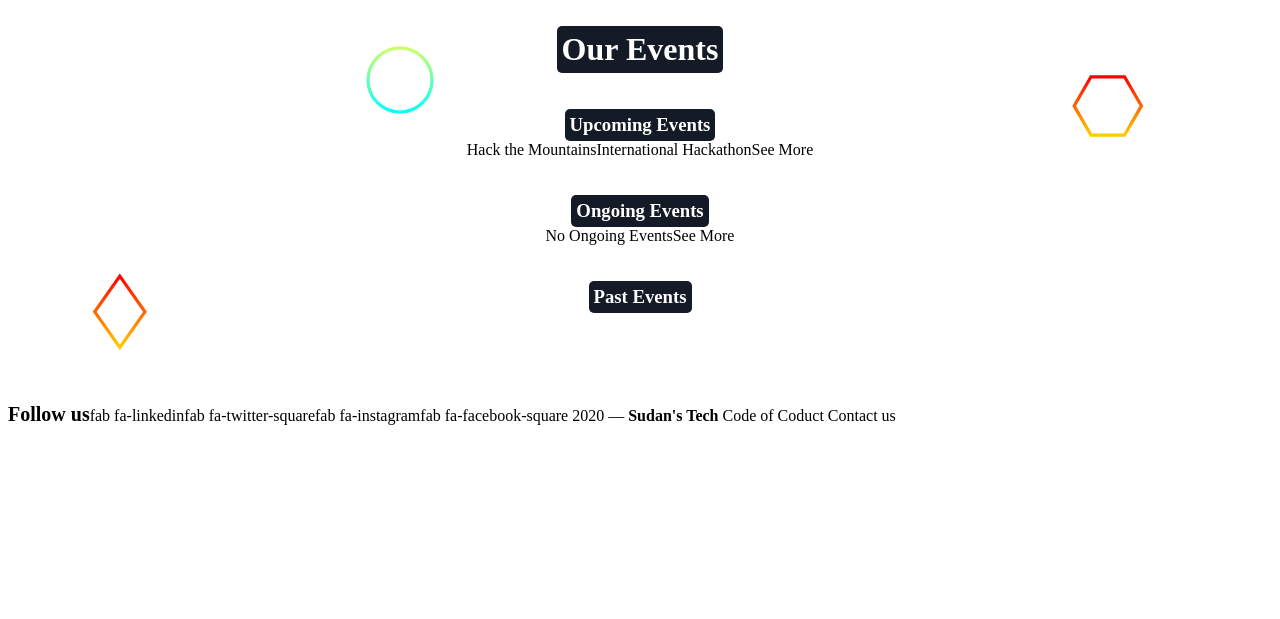
Repository: Sudan-s-Tech/Sudans-Tech
Page: /events
These files come from the project's save history. The page is drawn as it stood at one moment and after the next save; the edit follows.
The browser window is 1280 px wide. The pictures show the whole page.
The project was rebuilt for these pictures with package versions that can differ from the ones it lists, and the page was loaded fresh each time. The framework's server and built-in components were replaced by stand-ins that run in the browser. Also part of the build but not shown: layouts/error.vue.

Above is the page before, as saved 2020-07-31 23:13:51.

### layouts/default.vue
<template>
  <v-app id="app">
    <appnavbar :items="items"></appnavbar>
    <nuxt/>
    <appfooter></appfooter>
  </v-app>
</template>

<script>
import navbar from "~/components/navbar"
import footer from "~/components/footer"

export default {
  data () {
    return {
      clipped: false,
      drawer: false,
      fixed: false,
      items: [
        {
          title: 'Home',
          to: '/'
        },
        {
          title: 'Events',
          to: '/events'
        },
        {
          title: 'Training',
          to: '/training'
        },
      ],
      miniVariant: false,
      right: true,
      rightDrawer: false,
      title: 'Vuetify.js'
    }
  },
  components:{
    appnavbar: navbar,
    appfooter: footer
  }

}
</script>


<style>

</style>

### store/events.js
export const state = () => ({
    events: [  {
                        heading: 'Hack the Mountains',
                        description: 'International Hackathon',
                        link: 'https://www.hackthemountain.tech/',
                        startdate: '10-10-2020',
                        enddate: '11-10-2020'
               },
            ],
  })

### store/team.js
export const state = () =>({
    members : [{
                name: 'member',
                description: 'LOrem Ipsum Doler sit ok chahdasdasdfafjngndfkjfm sjdnfsjdfsjcn',
                twitter: 'https://twitter.com',
                linkedin: 'https://linkedin.com',
                image: 'js.png'
               }
]
})

### store/training.js
export const state = () => ({
    card: [
        {
            title: 'OpenCv',
            readMoreActivated: false,
            body: 'OpenCV is a cross-platform library using which we can develop real-time computer vision applications. It mainly focuses on image processing, video capture and analysis including features like face detection and object detection.',
            description: 'Lorem ipsum dolor sit amet, consectetur adipisicing elit, sed do eiusmod\n' +
              'tempor incididunt ut labore et dolore magna aliqua. Ut enim ad minim veniam,\n' +
              'quis nostrud exercitation ullamco laboris nisi ut aliquip ex ea commodo\n' +
              'consequat. Duis aute irure dolor in reprehenderit in voluptate velit esse\n' +
              'cillum dolore eu fugiat nulla pariatur. Excepteur sint occaecat cupidatat non\n' +
              'proident, sunt in culpa qui officia deserunt mollit anim id est laborum.',
            image: 'opencv.png',
            duration: 8.2,
          level: 'Beginner',
          lessons: 37,
          register: 'https://www.python.org/',
          teacher: [
            { title: 'Jason Oner', avatar: 'https://cdn.vuetifyjs.com/images/lists/1.jpg' },
            { title: 'Travis Howard', avatar: 'https://cdn.vuetifyjs.com/images/lists/2.jpg' },
            { title: 'Ali Connors', avatar: 'https://cdn.vuetifyjs.com/images/lists/3.jpg' },
            { title: 'Cindy Baker', avatar: 'https://cdn.vuetifyjs.com/images/lists/4.jpg' },
          ],
          items: [
            {
              title: 'Introduciton & Environment Setup',
              items: [
                { title: 'Introduction' },
                { title: 'Setup' },
              ],
            },
            {
              title: 'Python and its important libraries',
              active: true,
              items: [
                { title: 'Numpy' },
                { title: 'Pandas' },
                { title: 'Matplotlib' },
                { title: 'Scikit-Learn' },
                { title: 'few other libraries' },
              ],
            },
            {
              title: 'GUI Features in OpenCV',
              items: [
                { title: 'Image Basics' },
                { title: 'Pixel Coordinate System' },
                { title: 'Getting started with Images' },
                { title: 'Getting started with Videos' },
                { title: 'Drawing Functions in OpenCV' },
                { title: 'Mouse as a Paint Brush' },
              ],
            },
            {
              title: 'Operations on Images',
              items: [
                { title: 'Basic Operations' },
                { title: 'Arithmetic Opearations' },
                { title: 'Bitwise Operations' },
              ],
            },
            {
              title: 'Image Processing in OpenCV',
              items: [
                { title: 'Image Transformations' },
                { title: 'Translation' },
                { title: 'Rotation' },
                { title: 'Resizing' },
                { title: 'Flipping' },
                { title: 'Cropping' },
                { title: 'Color Spaces BGR, RGB, HSV' },
              ],
            },
            {
              title: 'Histograms',
              items: [
                { title: 'Introduction' },
              ],
            },
            {
              title: 'Feature Detection',
              items: [
                { title: 'Image Thresholding' },
                { title: 'Smoothening' },
                { title: 'Blurring' },
                { title: 'Edge Detection' },
                { title: 'Harris Corner detection' },
                { title: 'BRIEF' },
                { title: 'ORB' }
              ],
            },
            {
              title: 'Video Analysis',
              items: [
                { title: 'Introduction' },
              ],
            },
            {
              title: 'Object Detection',
              items: [
                { title: 'Haarcascades' },
                { title: 'Smile Detection' },
                { title: 'Face Detection' },
                { title: 'Eye Detection' },
                { title: 'Vehicle Detection' },
              ],
            },
          ],
        },
        {
          title: 'Machine Learning',
          readMoreActivated: false,
          body: 'Machine learning is taking over the world - it is benefiting companies across industries. It is helping organisations create systems that can understand, learn, predict, adapt and operate on their own. Thus, understanding how machine learning works is one of the most valuable and useful things you can do.',
          description: 'Lorem ipsum dolor sit amet, consectetur adipisicing elit, sed do eiusmod\n' +
            'tempor incididunt ut labore et dolore magna aliqua. Ut enim ad minim veniam,\n' +
            'quis nostrud exercitation ullamco laboris nisi ut aliquip ex ea commodo\n' +
            'consequat. Duis aute irure dolor in reprehenderit in voluptate velit esse\n' +
            'cillum dolore eu fugiat nulla pariatur. Excepteur sint occaecat cupidatat non\n' +
            'proident, sunt in culpa qui officia deserunt mollit anim id est laborum.',
          image: 'ml.jpeg',
          duration: 4,
        level: 'Beginner',
        lessons: 14,
        register: 'https://www.python.org/',
        teacher: [
          { icon: true, title: 'Jason Oner', avatar: 'https://cdn.vuetifyjs.com/images/lists/1.jpg' },
          { title: 'Travis Howard', avatar: 'https://cdn.vuetifyjs.com/images/lists/2.jpg' },
          { title: 'Ali Connors', avatar: 'https://cdn.vuetifyjs.com/images/lists/3.jpg' },
          { title: 'Cindy Baker', avatar: 'https://cdn.vuetifyjs.com/images/lists/4.jpg' },
        ],
        items: [
          {
            title: 'Introduction and Environment setup',
            items: [
              { title: 'Introduction' },
              { title: 'Setup' },
            ],
          },
          {
            title: 'Supervised learning',
            active: true,
            items: [
              { title: 'Numpy' },
              { title: 'Pandas' },
              { title: 'Matplotlib' },
              { title: 'Scikit-Learn' },
              { title: 'few other libraries' },
            ],
          },
          {
            title: 'Unsupervised learning',
            items: [
              { title: 'Image Basics' },
              { title: 'Pixel Coordinate System' },
              { title: 'Getting started with Images' },
              { title: 'Getting started with Videos' },
              { title: 'Drawing Functions in OpenCV' },
              { title: 'Mouse as a Paint Brush' },
            ],
          },
          {
            title: 'Linear Regression',
            items: [
              { title: 'Basic Operations' },
              { title: 'Arithmetic Opearations' },
              { title: 'Bitwise Operations' },
            ],
          },
          {
            title: 'Logistic Regression',
            items: [
              { title: 'Image Transformations' },
              { title: 'Translation' },
              { title: 'Rotation' },
              { title: 'Resizing' },
              { title: 'Flipping' },
              { title: 'Cropping' },
              { title: 'Color Spaces BGR, RGB, HSV' },
            ],
          },
          {
            title: 'K nearest neighbours',
            items: [
              { title: 'Introduction' },
            ],
          },
          {
            title: 'Decision Trees and Random Forest ',
            items: [
              { title: 'Image Thresholding' },
              { title: 'Smoothening' },
              { title: 'Blurring' },
              { title: 'Edge Detection' },
              { title: 'Harris Corner detection' },
              { title: 'BRIEF' },
              { title: 'ORB' }
            ],
          },
          {
            title: 'SVM',
            items: [
              { title: 'Introduction' },
            ],
          },
          {
            title: 'K means Clustering',
            items: [
              { title: 'Haarcascades' },
              { title: 'Smile Detection' },
              { title: 'Face Detection' },
              { title: 'Eye Detection' },
              { title: 'Vehicle Detection' },
            ],
          },
          {
            title: 'Neural networks',
            items: [
              { title: 'Introduction' },
              { title: 'Setup' },
            ],
          },
          {
            title: 'Project',
            active: true,
            items: [
              { title: 'Numpy' },
              { title: 'Pandas' },
              { title: 'Matplotlib' },
              { title: 'Scikit-Learn' },
              { title: 'few other libraries' },
            ],
          },
          {
            title: 'Intro to NLP',
            items: [
              { title: 'Image Basics' },
              { title: 'Pixel Coordinate System' },
              { title: 'Getting started with Images' },
              { title: 'Getting started with Videos' },
              { title: 'Drawing Functions in OpenCV' },
              { title: 'Mouse as a Paint Brush' },
            ],
          },
          {
            title: 'Text Classification',
            items: [
              { title: 'Basic Operations' },
              { title: 'Arithmetic Opearations' },
              { title: 'Bitwise Operations' },
            ],
          },
        ],
      },
    ],
    content: [
        'Industrial Training',
        '',
        ''
    ]
  })

### pages/events/index.vue
<template>
<div id="event">
    <br>
    <v-container>
    <h1>Our Events</h1>
    <br><br>
    <div>
    <h3>Upcoming Events</h3>
    <eventcardgrid type="upcomingevents"/>
    </div>
    <br><br>
    <div>
    <h3>Ongoing Events</h3>
    <eventcardgrid type="ongoingevents" />
    </div>
    <br><br>
    <div>
        <h3>Past Events</h3>
        <eventtable/>
    </div>
    </v-container>
    <br><br><br><br><br>
</div>
</template>


<script>
import eventcardgrid from "@/components/eventcardgrid"
import eventtable from "@/components/eventtable"
export default {
    components:{
        eventcardgrid:eventcardgrid,
        eventtable: eventtable
    },
}
</script>


<style scoped>
#event{
    background-color: #ffffff;
background-image: url("data:[embedded picture, 1203 characters]");
background-attachment: fixed;
background-size: cover;
}

h3,h1{
    display: table; /* keep the background color wrapped tight */
    margin: 0px auto 0px auto; /* keep the table centered */
    padding:5px;
    background-color:#151b26;
    color:#ffffff;
    border-radius: 5px;
    /* text-align: center; */
}
</style>

### components/navbar.vue
<template>
  <div>
    <v-app-bar
      color="primary accent-4"
      dense
      dark
    >
    <v-app-bar-nav-icon @click="drawer = true" v-if="screensize"></v-app-bar-nav-icon>
    <nuxt-link to="/" class="home"><v-toolbar-title>Sudan's Tech</v-toolbar-title></nuxt-link>

      <v-spacer></v-spacer>
      <div class="navbtn" v-if="!screensize">
      <v-tabs
      background-color="primary accent-4"
      center-active
      dark
      >
      <v-tab v-for="(item,i) in items" :key="i" :to="item.to">
          {{item.title}}
      </v-tab>
      </v-tabs>
      </div>
    </v-app-bar>
    <v-navigation-drawer
      color="primary accent-4"
      v-model="drawer"
      absolute
      temporary
      v-if="screensize"
    >
      <v-list
        nav
        dense
      >
        <v-list-item-group
        color="white"
        >
        <v-list-item>
          <img src="@/assets/python.jpg" width="100%">
        </v-list-item>
          <v-list-item v-for="(item,i) in items" :key="i" :to="item.to" color="white">
            <v-list-item-title color="white"><v-tab color="white">{{item.title}}</v-tab></v-list-item-title>
          </v-list-item>

        </v-list-item-group>
      </v-list>
    </v-navigation-drawer>
  </div>
</template>

<script>
export default {
name: "navbar",
props:['items'],
data: function (){
  return{
    drawer: false,
  }
},
computed:{
  screensize: function(){
    switch (this.$vuetify.breakpoint.name) {
      case 'xs': return true
      case 'sm': return true
      case 'md': return false
      case 'lg': return false
      case 'xl': return false
  }
  }
}
}
</script>

<style scoped>

.home{
    text-decoration: none;
    color: white;
}

.navbtn a{
    margin-left: 10px;
}

</style>>

### components/footer.vue
<template>
  <v-footer
    color="accent lighten-1"
    padless
    inset
    width="auto"
  >
    <v-row
      justify="start"
      no-gutters
    >



     <v-col
        class="primary  py-4 text-center white--text"
        cols="12"
      >
        <strong style="font-size: 20px">Follow us</strong>

          <span>
            <v-btn class="ma-2" large color="success" href="#">
                 <v-icon>fab fa-linkedin</v-icon>
                </v-btn>
           <v-btn class="ma-2" large color="success" href="#">
                <v-icon>fab fa-twitter-square</v-icon>
                </v-btn>
                <v-btn class="ma-2" large color="success" href="#">
                <v-icon>fab fa-instagram</v-icon>
                </v-btn>
                 <v-btn class="ma-2" large color="success" href="#">
                <v-icon>fab fa-facebook-square</v-icon>
                </v-btn>
          </span>


      </v-col>

      <v-col
        class="primary py-4 text-center white--text"
        cols="12"
      >
        {{ new Date().getFullYear() }} — <strong>Sudan's Tech</strong>
        <v-btn color="white"
        text
        rounded
        class="my-2" v-for="(item,i) in links" :key="i" :to="item.to">
          {{item.title}}
      </v-btn>
      </v-col>
    </v-row>
  </v-footer>
</template>

<script>
  export default {
    data: () => ({
      app: true,
      links: [
        {
          title: 'Code of Coduct',
          to: '/coc'
        },
        {
          title: 'Contact us',
          to: '/contact'
        },
      ],
    }),
  }
</script>

### components/eventcardgrid.vue
<template>
  <v-row
    align="center">
    <v-col
            md="3"
            lg="3"
            sm="12"
            cols="12"
            class="pa-2"
            v-for="(item,i) in items"
            :key="i"
      >
      <eventcard :item="item" />
    </v-col>
    </v-row>
</template>

<script>
import eventcard from "@/components/eventcard"
export default {
    name: 'eventcardgrid',
    components:{
        eventcard:eventcard,
    },
    props:['type'],
    data: function(){
      return {
      items: [],
      currentdate: null
        }
      },
    mounted(){
      var eventitems=this.$store.state.events.events
      this.getNow()
      if(this.type==='upcomingevents'){
        for(var i=0;i<eventitems.length;i++){
          if(parseInt(eventitems[i].startdate.split('-')[2])>parseInt(this.currentdate.split('-')[2])){
            this.items.push(eventitems[i])
          }
          else if(parseInt(eventitems[i].startdate.split('-')[2])==parseInt(this.currentdate.split('-')[2]))
          {
            if(parseInt(eventitems[i].startdate.split('-')[1])>parseInt(this.currentdate.split('-')[1])){
            this.items.push(eventitems[i])
          }
            else if(parseInt(eventitems[i].startdate.split('-')[1])==parseInt(this.currentdate.split('-')[1])){
              if(parseInt(eventitems[i].startdate.split('-')[0])>parseInt(this.currentdate.split('-')[0])){
            this.items.push(eventitems[i])
          }
            }
          }
        }
         if(this.items.length===0)
        this.items.push({       heading: 'No Upcoming Events',
                      description: null,
                      link: '#',
                      startdate: null,
                      enddate: null
              })
      }
      if(this.type==='ongoingevents'){
        for(var i=0;i<eventitems.length;i++){
          if(parseInt(eventitems[i].enddate.split('-')[2])>parseInt(this.currentdate.split('-')[2]) && parseInt(eventitems[i].startdate.split('-')[2])<parseInt(this.currentdate.split('-')[2])){
            this.items.push(eventitems[i])
          }
          else if(parseInt(eventitems[i].enddate.split('-')[2])==parseInt(this.currentdate.split('-')[2]) && parseInt(eventitems[i].startdate.split('-')[2])==parseInt(this.currentdate.split('-')[2]) || parseInt(eventitems[i].enddate.split('-')[2])==parseInt(this.currentdate.split('-')[2]) && parseInt(eventitems[i].startdate.split('-')[2])<parseInt(this.currentdate.split('-')[2]) || parseInt(eventitems[i].enddate.split('-')[2])>parseInt(this.currentdate.split('-')[2]) && parseInt(eventitems[i].startdate.split('-')[2])==parseInt(this.currentdate.split('-')[2]))
          {
            if(parseInt(eventitems[i].enddate.split('-')[1])>parseInt(this.currentdate.split('-')[1]) && parseInt(eventitems[i].startdate.split('-')[1])<parseInt(this.currentdate.split('-')[1])){
            this.items.push(eventitems[i])
          }
            else if(parseInt(eventitems[i].enddate.split('-')[1])==parseInt(this.currentdate.split('-')[1]) && parseInt(eventitems[i].startdate.split('-')[1])==parseInt(this.currentdate.split('-')[1]) || parseInt(eventitems[i].enddate.split('-')[1])==parseInt(this.currentdate.split('-')[1]) && parseInt(eventitems[i].startdate.split('-')[1])<parseInt(this.currentdate.split('-')[1]) || parseInt(eventitems[i].enddate.split('-')[1])>parseInt(this.currentdate.split('-')[1]) && parseInt(eventitems[i].startdate.split('-')[1])==parseInt(this.currentdate.split('-')[1])){
          {
                 if(parseInt(eventitems[i].enddate.split('-')[1])==parseInt(this.currentdate.split('-')[1]) && parseInt(eventitems[i].startdate.split('-')[1])==parseInt(this.currentdate.split('-')[1])){
                   if(parseInt(eventitems[i].enddate.split('-')[0])>=parseInt(this.currentdate.split('-')[0]) && (parseInt(eventitems[i].startdate.split('-')[0])<=parseInt(this.currentdate.split('-')[0])))
                    this.items.push(eventitems[i])
                 }

               else if(parseInt(eventitems[i].enddate.split('-')[1])==parseInt(this.currentdate.split('-')[1])){
                  if(parseInt(eventitems[i].enddate.split('-')[0])>=parseInt(this.currentdate.split('-')[0]))
                  this.items.push(eventitems[i])
            }
              else if (parseInt(eventitems[i].startdate.split('-')[1])==parseInt(this.currentdate.split('-')[1])){
                 if(parseInt(eventitems[i].startdate.split('-')[0])<=parseInt(this.currentdate.split('-')[0]))
                  this.items.push(eventitems[i])
              }
          }
            }
          }
        }
        if(this.items.length===0)
        this.items.push({heading: 'No Ongoing Events',
                      description: null,
                      link: '#',
                      startdate: null,
                      enddate: null
              })
      }
    },
    methods: {
            getNow: function() {
                const today = new Date();
                const date = today.getDate()+'-'+(today.getMonth()+1)+'-'+today.getFullYear();
                this.currentdate = date;
            }
        },
}
</script>

<style scoped>

</style>

### components/eventtable.vue
<template>
  <div>
      <v-data-table
    :headers="headers"
    :items="items"
    :items-per-page="5"
    class="elevation-1"
  >
   <template v-slot:item.link="{ item }">
        <a :href="item.link" target="_blank">See More</a>
    </template>
  </v-data-table>
  </div>
</template>

<script>
export default {
    name: 'eventtable',
     data () {
      return {
        items: [],
        headers: [
          {
            text: 'Event Name',
            align: 'start',
            sortable: false,
            value: 'heading',
          },
          { text: 'Date', value: 'startdate' },
          { text: 'See More', value: 'link' },
        ],
      }
    },
  mounted(){
     var eventitems=this.$store.state.events.events
      this.getNow()
     for(var i=0;i<eventitems.length;i++){
          if(parseInt(eventitems[i].enddate.split('-')[2])<parseInt(this.currentdate.split('-')[2])){
            this.items.push(eventitems[i])
          }
          else if(parseInt(eventitems[i].enddate.split('-')[2])==parseInt(this.currentdate.split('-')[2]))
          {
            if(parseInt(eventitems[i].enddate.split('-')[1])<parseInt(this.currentdate.split('-')[1])){
            this.items.push(eventitems[i])
          }
            else if(parseInt(eventitems[i].enddate.split('-')[1])==parseInt(this.currentdate.split('-')[1])){
              if(parseInt(eventitems[i].enddate.split('-')[0])<parseInt(this.currentdate.split('-')[0])){
            this.items.push(eventitems[i])
          }
            }
          }
        }
         if(this.items.length===0)
        this.items.push({heading: 'No Past Events',
                      description: null,
                      link: '#',
                      startdate: null,
                      enddate: null
              })
  },
    methods: {
            getNow: function() {
                const today = new Date();
                const date = today.getDate()+'-'+(today.getMonth()+1)+'-'+today.getFullYear();
                this.currentdate = date;
            }
},
}
</script>

<style scoped>

</style>

### components/eventcard.vue
<template>
  <div>
      <v-card
    class="mx-auto"
    max-width="300"
  >
    <v-list-item three-line>
      <v-list-item-content>
        <v-list-item-title class="headline mb-1">{{item.heading}}</v-list-item-title>
        <v-list-item-subtitle>{{item.description}}</v-list-item-subtitle>
      </v-list-item-content>
    </v-list-item>

    <v-card-actions>
      <v-btn text :href="item.link">See More</v-btn>
    </v-card-actions>
  </v-card>
  </div>
</template>

<script>
export default {
    name: 'eventcard',
    props:['item']
}
</script>

<style scoped>

</style>

Loaded but not shown: store/index.js (no copy from this time; the picture is the same without it)

After the next save:
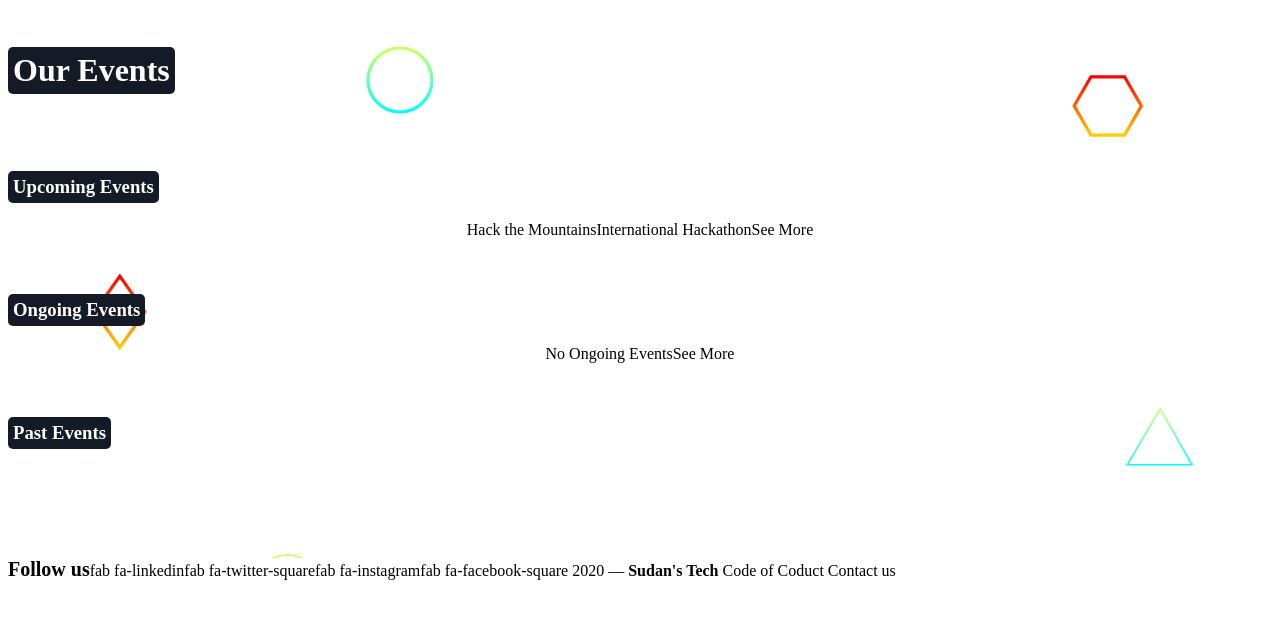
Saved 24 s later.
--- a/pages/events/index.vue
+++ b/pages/events/index.vue
@@ -46,7 +46,7 @@ background-size: cover;
 
 h3,h1{
     display: table; /* keep the background color wrapped tight */
-    margin: 0px auto 0px auto; /* keep the table centered */
+    /* margin: 0px auto 0px auto; keep the table centered */
     padding:5px;
     background-color:#151b26;
     color:#ffffff;
